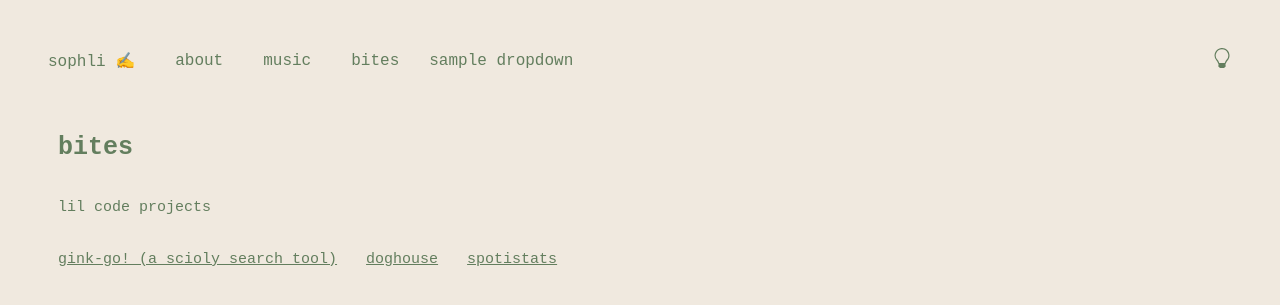
Repository: soph-lin/sophli-legacy
Page: http://localhost/bites.php
These files come from the project's save history. The page is drawn as it stood at one moment and after a run of saves; the edit follows.
The browser window is 1280 px wide. The pictures show the whole page.
The page is run by PHP 8.4 with error messages shown; the project is at /var/www/html/.

Above is the page before, as saved 2024-07-12 22:15:30.

After the next 2 saves:
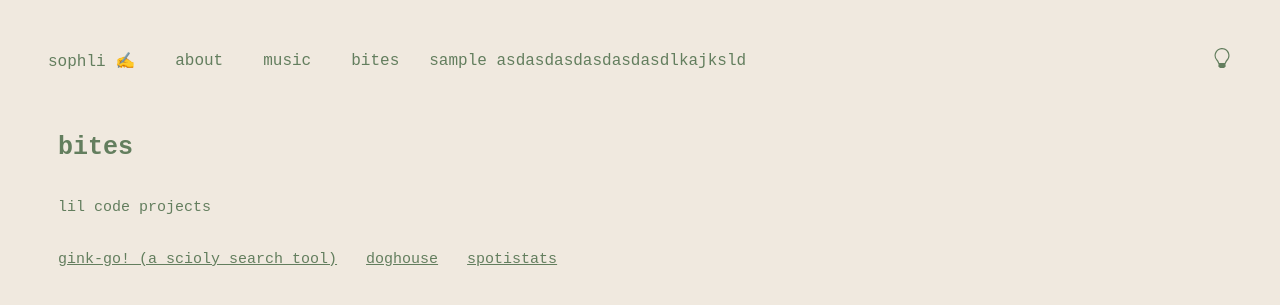
The 2 saves are shown as one change because they came seconds apart.
The last was saved 37 s later.
--- a/partials/navbar.php
+++ b/partials/navbar.php
@@ -5,7 +5,7 @@
       <li><a href="/music.php">music</a></li>
       <li><a href="/bites.php">bites</a></li>
       <li class="dropdown">
-        sample dropdown
+        sample asdasdasdasdasdasdlkajksld
         <ul>
           <li><a href="#">hihi</a></li>
         </ul>
